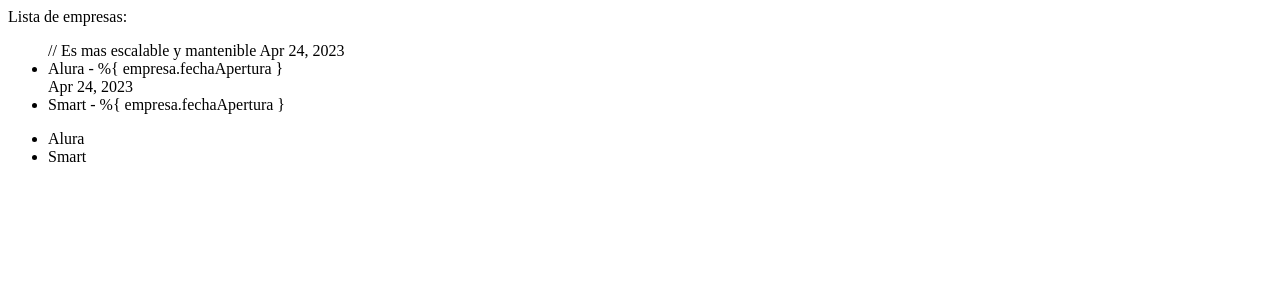
Repository: vtorres65/Crud_Servlet
Page: http://localhost/gerenciador/listaEmpresas
An editor plug-in stored every save of this project. The page is shown before and after the next save, followed by the edit.
The browser window is 1280 px wide. The pictures show the whole page.
The page is served by Tomcat 10. Other server files are loaded and not shown.

Above is the page before, as saved 2023-05-04 01:56:27.

### gerenciador/src/main/webapp/listaEmpresas.jsp
<%@page import="com.alura.gerenciador.servlet.Empresa"%>
<%@page import="java.util.List"%>
<%@ page language="java" contentType="text/html; charset=ISO-8859-1"
    pageEncoding="ISO-8859-1"%>
<%@ taglib uri="http://java.sun.com/jsp/jstl/core" prefix="c"%>
<%@ taglib uri="http://java.sun.com/jsp/jstl/fmt" prefix="fmt"%>
<!DOCTYPE html>
<html>
<head>
<meta charset="ISO-8859-1">
<title>Java Standard Taglib</title>
</head>
<body>
	Lista de empresas: <br />

	<ul>
		// Es mas escalable y mantenible
		<c:forEach items="${empresas}" var="empresa">
			<fmt:formatDate value="${ empresa.fechaApertura }"/>
			<li>${ empresa.nombre } - %{ empresa.fechaApertura }</li>
		</c:forEach>

	</ul>

	<ul>
		<% // No es escalable
			List<Empresa> lista = (List<Empresa>)request.getAttribute("empresas"); //${empresas}
			for (Empresa empresa : lista) {
		%>
			<li><%= empresa.getNombre()%></li>
		<%
			}
		%>

	</ul>

</body>
</html>

### gerenciador/src/main/java/com/alura/gerenciador/servlet/ListaEmpresasServlet.java
package com.alura.gerenciador.servlet;

import jakarta.servlet.RequestDispatcher;
import jakarta.servlet.ServletException;
import jakarta.servlet.annotation.WebServlet;
import jakarta.servlet.http.HttpServlet;
import jakarta.servlet.http.HttpServletRequest;
import jakarta.servlet.http.HttpServletResponse;
import java.io.IOException;
import java.io.PrintWriter;
import java.util.List;

public class ListaEmpresasServlet extends HttpServlet {
	private static final long serialVersionUID = 1L;

	protected void doGet(HttpServletRequest request, HttpServletResponse response) throws ServletException, IOException {

		Db baseDeDatos = new Db();
		List<Empresa> listaEmpresas = baseDeDatos.getEmpresas();

		request.setAttribute("empresas", listaEmpresas);

		RequestDispatcher rd = request.getRequestDispatcher("/listaEmpresas.jsp");
		rd.forward(request, response);
	}

}

### gerenciador/src/main/java/com/alura/gerenciador/servlet/Db.java
package com.alura.gerenciador.servlet;

import java.util.ArrayList;
import java.util.List;

public class Db {

	private static List<Empresa> listaEmpresas = new ArrayList<>();

	static {
		Empresa empresa = new Empresa();
		empresa.setNombre("Alura");
		Empresa empresa2 = new Empresa();
		empresa2.setNombre("Smart");

		listaEmpresas.add(empresa);
		listaEmpresas.add(empresa2);
	}

	public void agregarEmpresa(Empresa empresa) {
		Db.listaEmpresas.add(empresa);
	}

	public List<Empresa> getEmpresas(){
		return Db.listaEmpresas;
	}
}

### gerenciador/src/main/java/com/alura/gerenciador/servlet/Empresa.java
package com.alura.gerenciador.servlet;

import java.util.Date;

public class Empresa {

	private Integer id;
	private String nombre;
	private Date fechaApertura = new Date();

	public Integer getId() {
		return id;
	}
	public void setId(Integer id) {
		this.id = id;
	}
	public String getNombre() {
		return nombre;
	}
	public void setNombre(String nombre) {
		this.nombre = nombre;
	}
	public Date getFechaApertura() {
		return fechaApertura;
	}
	public void setFechaApertura(Date fechaApertura) {
		this.fechaApertura = fechaApertura;
	}


}

After the next save:
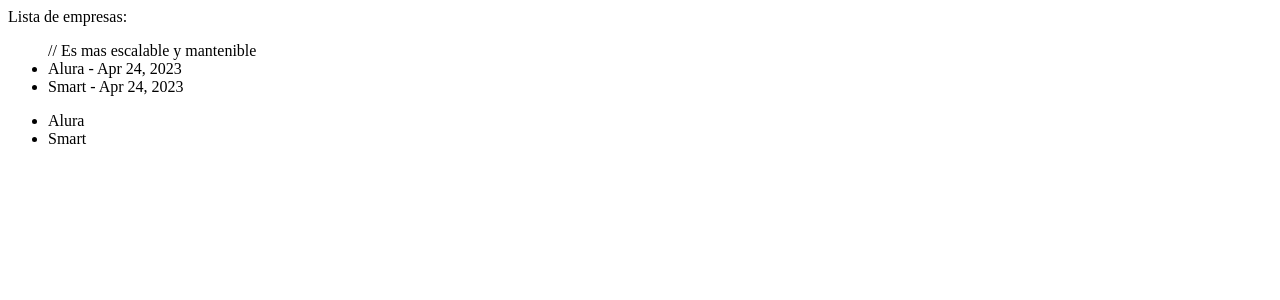
Saved 32 s later.
--- a/gerenciador/src/main/webapp/listaEmpresas.jsp
+++ b/gerenciador/src/main/webapp/listaEmpresas.jsp
@@ -16,8 +16,7 @@
 	<ul>
 		// Es mas escalable y mantenible
 		<c:forEach items="${empresas}" var="empresa">
-			<fmt:formatDate value="${ empresa.fechaApertura }"/>
-			<li>${ empresa.nombre } - %{ empresa.fechaApertura }</li>
+			<li>${ empresa.nombre } - <fmt:formatDate value="${ empresa.fechaApertura }"/></li>
 		</c:forEach>
 
 	</ul>
